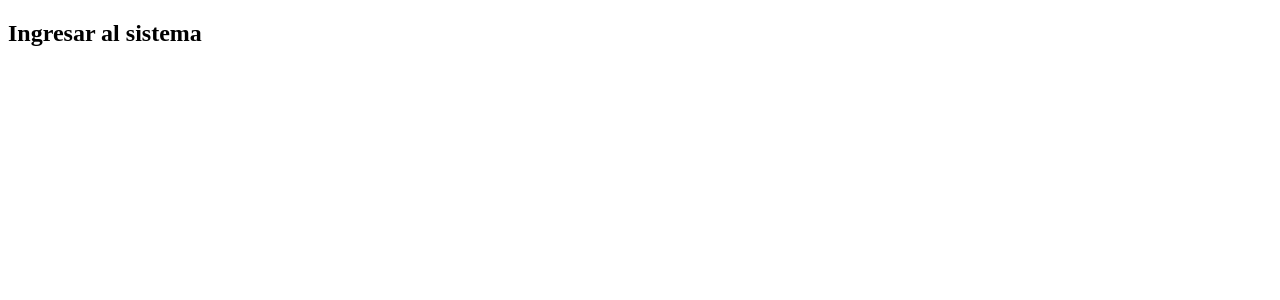
Repository: NayshaOCruz98/CL2ORTIZ
Page: http://localhost/LPII_CL2_ORTIZCRUZNAYSHA/
These files come from the project's save history. The page is drawn as it stood at one moment and after the next save; the edit follows.
The browser window is 1280 px wide. The pictures show the whole page.
The page is served by Tomcat 9.

Above is the page before, as saved 2023-10-24 18:55:41.

After the next save:
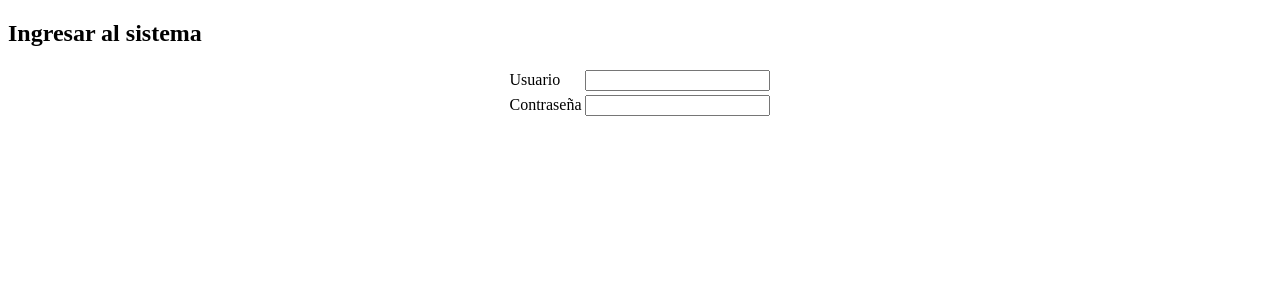
Saved 3 min 2 s later.
--- a/LPII_CL2_ORTIZCRUZNAYSHA/src/main/webapp/index.jsp
+++ b/LPII_CL2_ORTIZCRUZNAYSHA/src/main/webapp/index.jsp
@@ -12,6 +12,14 @@
 <form action="ControladorServlet" method="post">
 
 <table align="center">
+<tr>
+<td>Usuario</td>
+<td><input type="text" name="usuario"></td>
+</tr>
+<tr>
+<td>Contraseña</td>
+<td><input type="text" name="usuario"></td>
+</tr>
 
 </table>
 </form>
